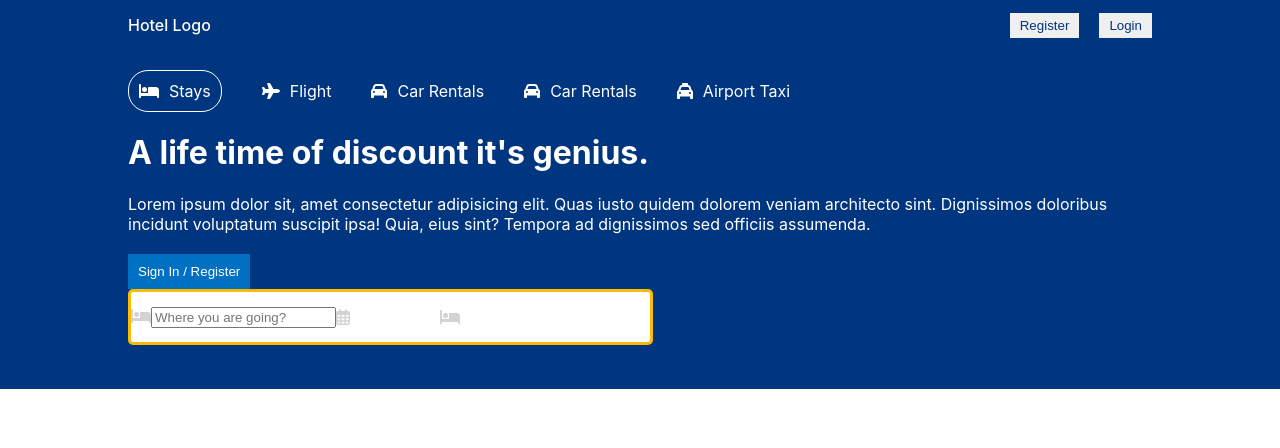
Repository: shikubro90/Booking-App
Page: /
An editor plug-in stored every save of this project. The page is shown before and after the next save, followed by the edit.
The browser window is 1280 px wide. The pictures show the whole page.
The project was rebuilt for these pictures with package versions that can differ from the ones it lists, and the page was loaded fresh each time. Also part of the build but not shown: src/App.css, src/pages/Hotels/Hotels.jsx. Imported but missing from the stored project, and not drawn on this page: src/pages/List/List.

Above is the page before, as saved 2022-06-29 00:30:06.

After the next save:
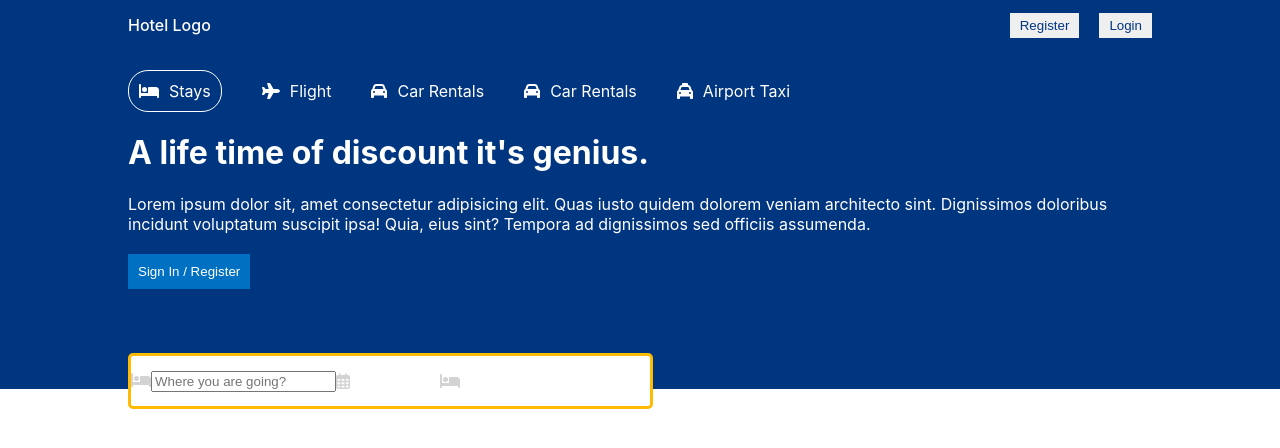
Saved 4 s later.
--- a/src/components/Header/Header.css
+++ b/src/components/Header/Header.css
@@ -51,7 +51,7 @@
     padding: 10px 0;
     border-radius: 5px;
     position: absolute;
-    : -20px;
+    bottom: -20px;
 }
 
 .headerIcon{
